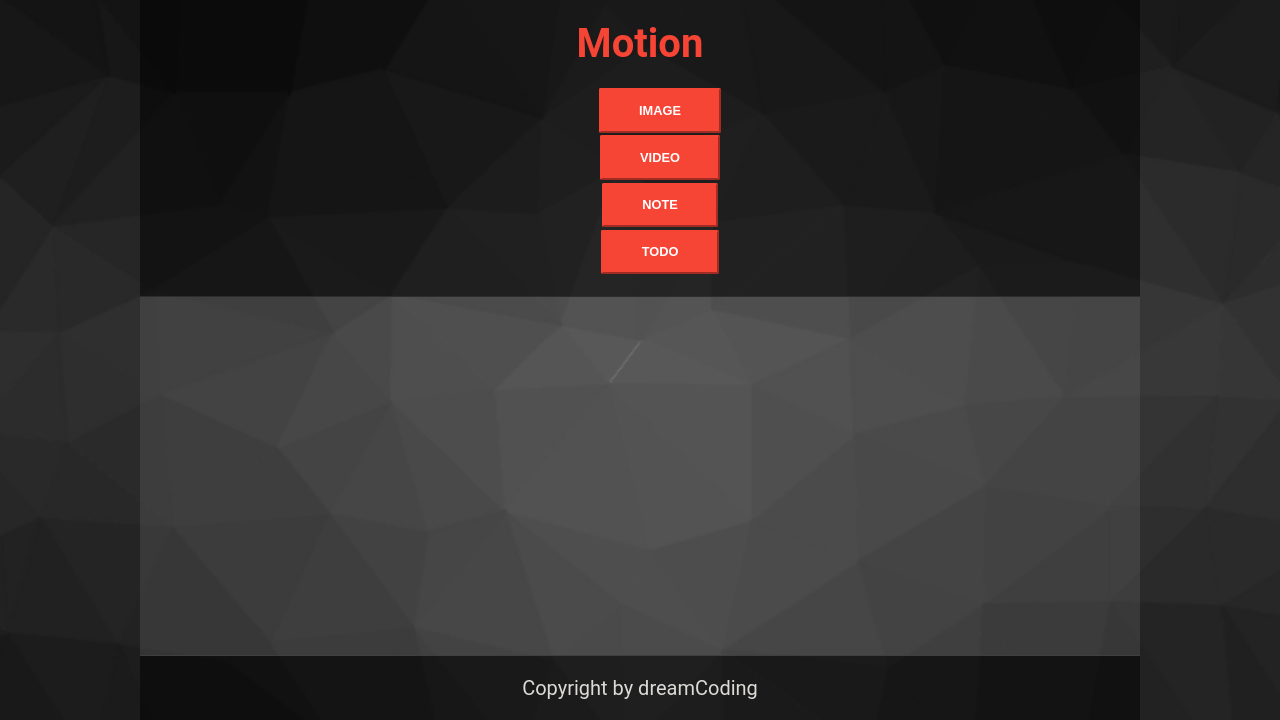
Repository: SeungYn/MotionTs
Page: index.html
These files come from the project's save history. The page is drawn as it stood at one moment and after the next save; the edit follows.
The browser window is 1280 px wide. The pictures show the whole page.

Above is the page before, as saved 2022-09-28 17:08:07.
Not found: dict/app.js

After the next save:
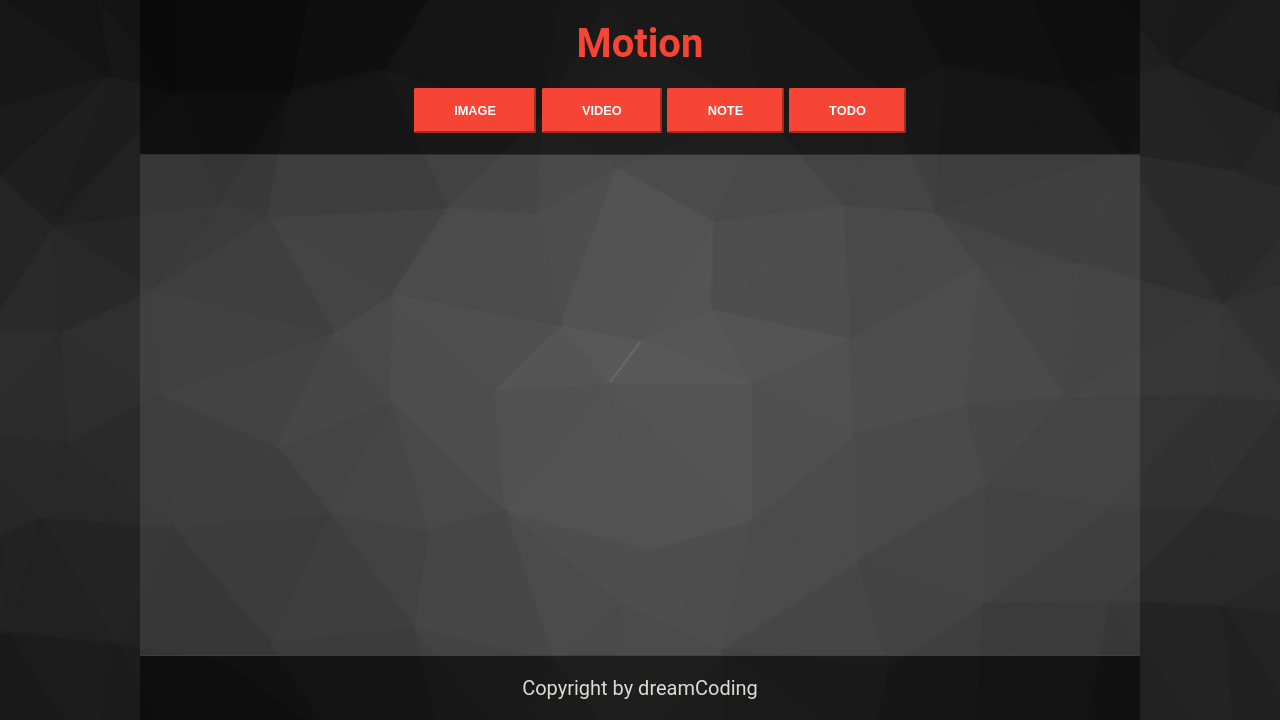
Saved 58 s later.
--- a/index.html
+++ b/index.html
@@ -12,7 +12,7 @@
     <div class="app">
       <header class="banner">
         <h1 class="banner__title">Motion</h1>
-        <ul class="control__panel">
+        <ul class="control-panel">
           <li><button id="new-image" class="create-button">Image</button></li>
           <li><button id="new-video" class="create-button">Video</button></li>
           <li><button id="new-note" class="create-button">Note</button></li>
